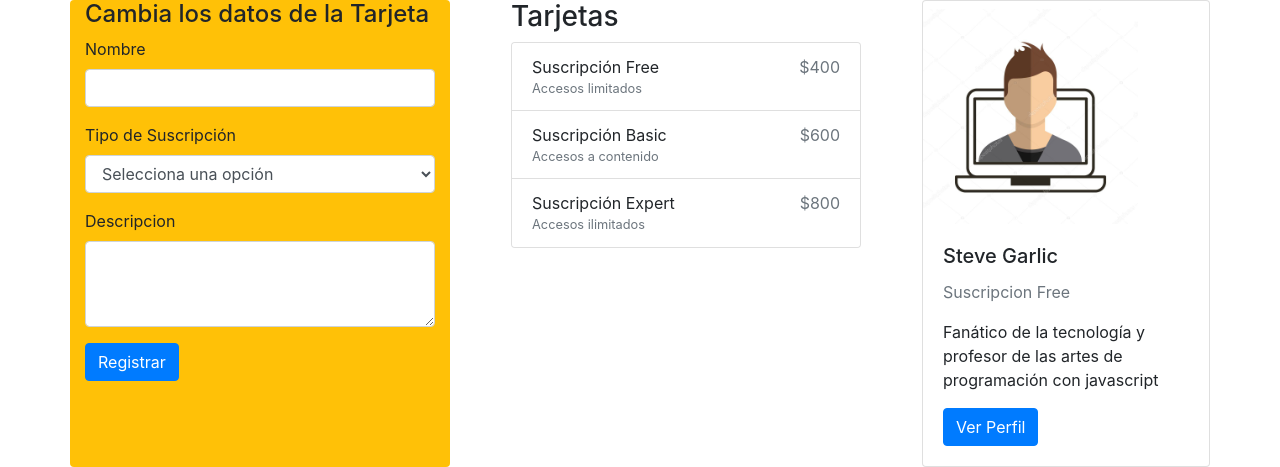
Repository: pedro-donoso/manipulacion-dom
Page: index.html
An editor plug-in stored every save of this project. The page is shown before and after the next save, followed by the edit.
The browser window is 1280 px wide. The pictures show the part of the page from y = 602 to 1076 px (the page is 1069 px tall before and 1076 px after).

Above is the page before, as saved 2024-02-06 14:38:18.

After the next save:
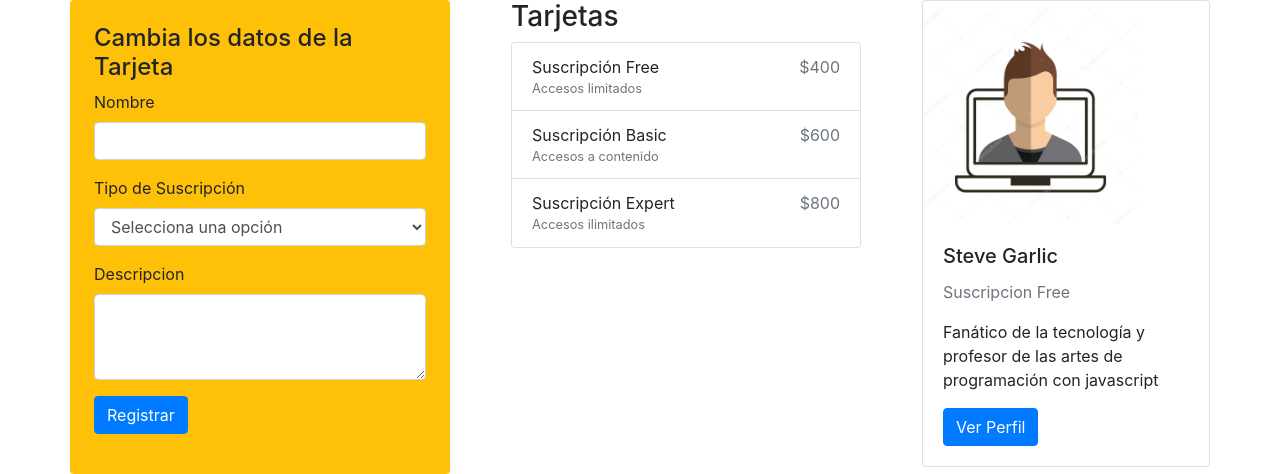
Saved 4 s later.
--- a/index.html
+++ b/index.html
@@ -31,7 +31,7 @@
             </div>
         </div>
         <div class="row justify-content-between">
-            <div class="col-4 col-md-4 bg-warning rounded p">
+            <div class="col-4 col-md-4 bg-warning rounded p-4">
                 <h4>Cambia los datos de la Tarjeta</h4>
                 <!-- 15- AGREGO id PARA ESCUCHAR EVENTO CLICK -->
                 <form id="formulario">
